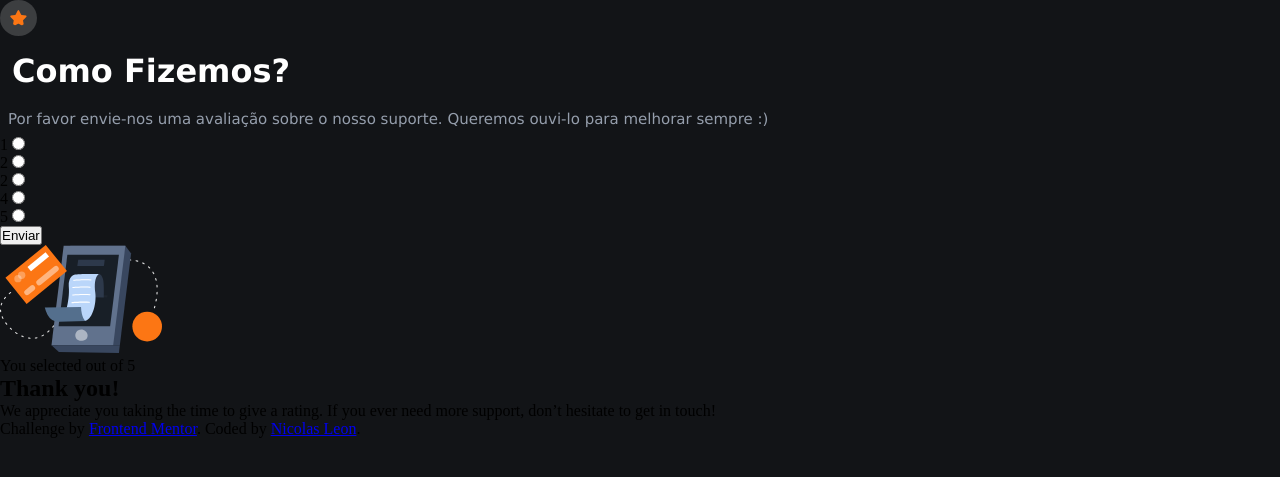
Repository: Leonngc/projeto-avaliacao
Page: index.html
An editor plug-in stored every save of this project. The page is shown before and after a run of saves, followed by the edit.
The browser window is 1280 px wide. The pictures show the whole page.

Above is the page before, as saved 2023-01-29 20:30:39.
Console error: SyntaxError: Unexpected token ')'

After the next 4 saves:
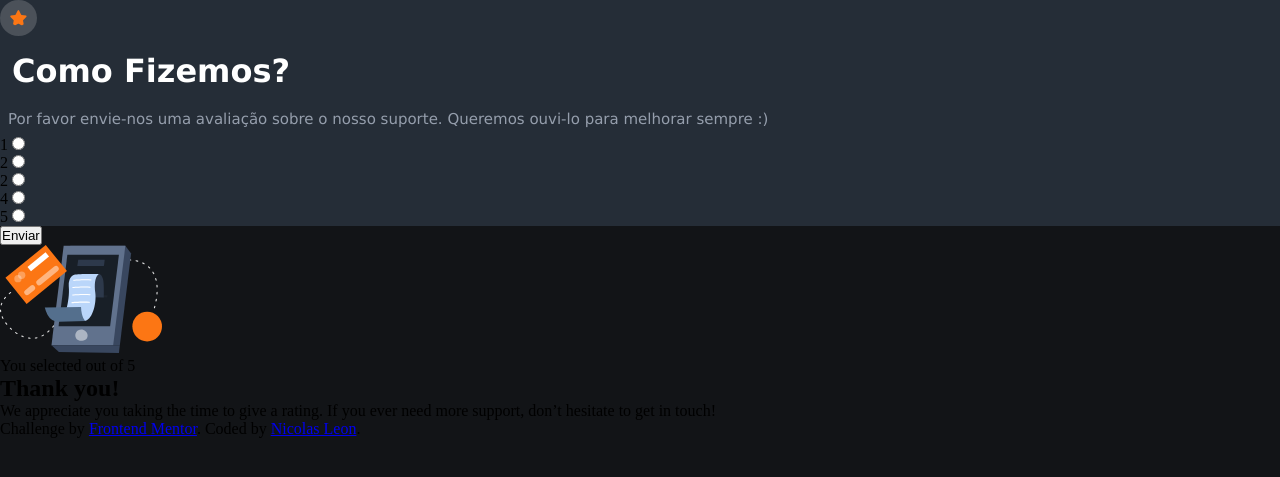
The 4 saves are shown as one change because they came seconds apart.
The last was saved 9 s later.
--- a/styles/style.css
+++ b/styles/style.css
@@ -15,7 +15,9 @@ body{
   background-color: var(--very-dark-blue);
 }
 
-#
+#card{
+  background-color: var(--dark-blue);
+}
 
 .ratting{
   background-color: var(--dark-blue);
